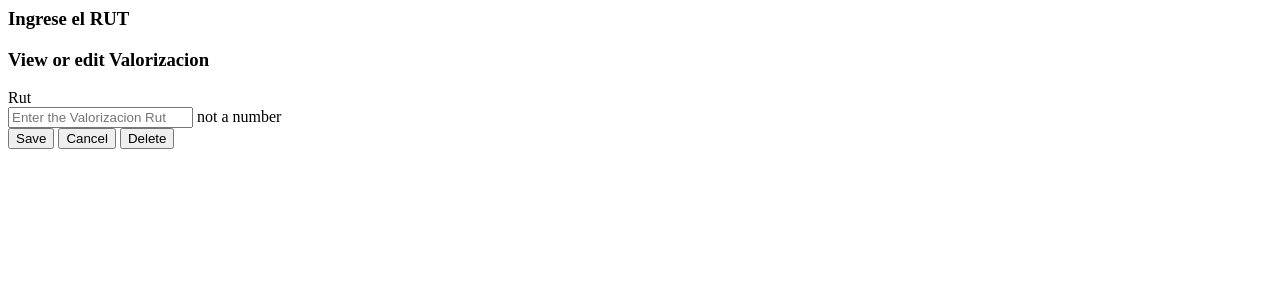
Repository: PabloRPalma/SistemaVentaSeguros
Page: Cotizador/src/main/webapp/views/Valorizacion/detail.html
These files come from the project's save history. The page is drawn as it stood at one moment and after the next save; the edit follows.
The browser window is 1280 px wide. The pictures show the whole page.

Above is the page before, as saved 2021-02-06 19:49:54.

After the next save:
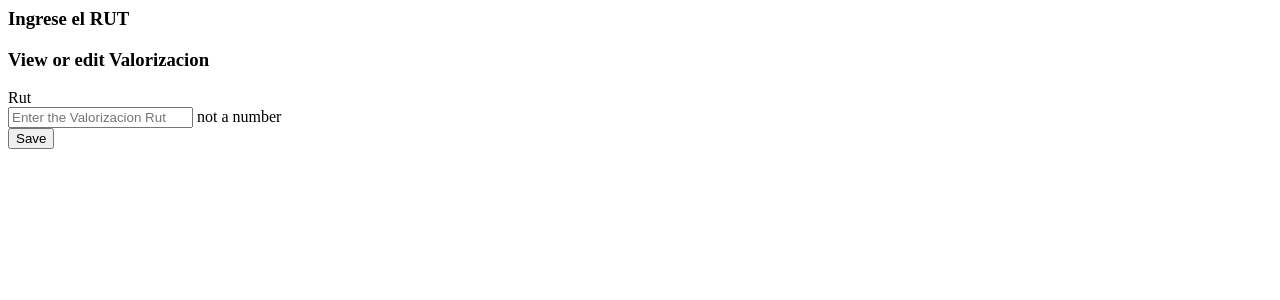
Saved 85 s later.
--- a/Cotizador/src/main/webapp/views/Valorizacion/detail.html
+++ b/Cotizador/src/main/webapp/views/Valorizacion/detail.html
@@ -19,8 +19,8 @@
     <div class="form-group">
         <div class="col-sm-offset-2 col-sm-10">
             <button id="saveValorizacion" name="saveValorizacion" class="btn btn-primary" ng-disabled="isClean() || ValorizacionForm.$invalid" ng-click="save()"><span class="glyphicon glyphicon-ok-sign"></span> Save</button>
-            <button id="cancel" name="cancel" class="btn btn-default" ng-click="cancel()"><span class="glyphicon glyphicon-remove-sign"></span> Cancel</button>
-            <button id="deleteValorizacion" name="deleteValorizacion" class="btn btn-danger" ng-show="valorizacion.valorizacionId" ng-click="remove()"><span class="glyphicon glyphicon-trash"></span> Delete</button>
+
+
         </div>
     </div>
 </form>
